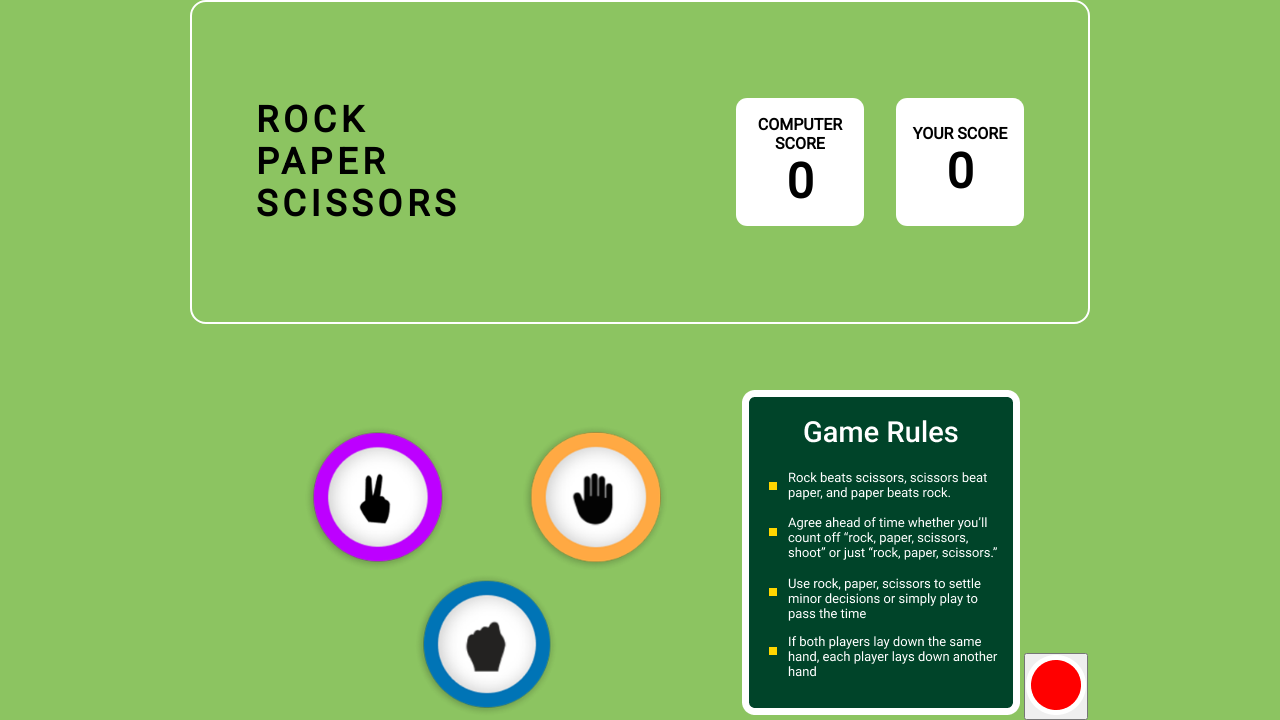
Repository: drumsmanku/Major-module-project-1
Page: index.html
These files come from the project's save history. The page is drawn as it stood at one moment and after the next save; the edit follows.
The browser window is 1280 px wide. The pictures show the whole page.

Above is the page before, as saved 2023-04-27 12:14:19.

### index.html
<!DOCTYPE html>
<html lang="en">
<head>
  <meta charset="UTF-8">
  <meta http-equiv="X-UA-Compatible" content="IE=edge">
  <meta name="viewport" content="width=device-width, initial-scale=1.0">
  <link rel="stylesheet" href="styles.css">
  <title>Module Project 1 </title>
</head>
<body>
  <div class="main-container">
    <div class="first-container">
      <div class="text">
        <h1>ROCK PAPER SCISSORS</h1>
      </div>
      <div class="two-boxes">
        <div class="computer-score">
          <h4>COMPUTER SCORE</h4>
          <h1>0</h1>
        </div>
        <div class="your-score">
          <h4>YOUR SCORE</h4>
          <h1>0</h1>
        </div>
      </div>

    </div>

    <div class="second-main-container">
      <div class="second-first-main-container">
        <div class="two-buttons">
          <button class="btn-2"><img src="2.png" alt=""></button>
          <button class="btn-3"><img src="3.png" alt=""></button>
        </div>
        <button class="btn-1"> <img src="1.png" alt=""></button>
      </div>
      <div class="second-second-main-container">
        <div class="img-container">
          <img src="4.png" alt="">
          <button><img src="x.png" alt=""></button>
        </div>

      </div>
    </div>
  </div>

  <script src="script.js"></script>
</body>
</html>

### styles.css
@import url('https://fonts.googleapis.com/css2?family=Roboto&display=swap');

*{
  padding: 0;
  margin: 0;
}

body{
  background-color: #8CC461;
}
.main-container{
  display: flex;
  flex-direction: column;
  align-items: center;
}
.first-container{
  height: 12rem;
  width: 60vw;
  border: 2px solid white;
  background: none;
  border-radius: 1rem;
  padding: 4rem;
  display: flex;
  flex-direction: row;
  align-items: center;
  justify-content: space-between;
}
.text{
  height: inherit;
  width: 20%;
  display: flex;
  flex-wrap: wrap;
  flex-direction: column;
  font-family: 'Roboto';
  letter-spacing: 0.3rem;
  font-size: large;
  justify-content: center;
  align-items: center;
}

.computer-score{
  display: flex;
  flex-direction: column;
  height: 8rem;
  width: 8rem;
  flex-wrap: wrap;
  font-family: 'Roboto';
  justify-content: center;
  align-items: center;
  background-color: white;
  text-align: center;
  border-radius: 0.7rem;
}
.computer-score>h1{
  font-weight: 800;
  font-size: 3rem;
}
.your-score{
  display: flex;
  flex-direction: column;
  height: 8rem;
  width: 8rem;
  flex-wrap: wrap;
  font-family: 'Roboto';
  justify-content: center;
  align-items: center;
  background-color: white;
  text-align: center;
  border-radius: 0.7rem;
  margin-left: 2rem;
}
.your-score>h1{
  font-weight: 800;
  font-size: 3rem;
}
.two-boxes{
  display: flex;
  flex-direction: row;
  justify-content: space-between;
}
.second-main-container{
  display: flex;
  flex-direction: row;
  justify-content: flex-end;
  width: 100vw;
}
.second-first-main-container{
  display: flex;
  flex-direction: column;
  justify-content: flex-end;
  align-items: center;
  height: 55vh;
  width: 40vw;
}
.two-buttons{
  width: inherit;
  display: flex;
  flex-direction: row;
  justify-content: space-evenly;
}
.btn-1{
  background: none;
  border:none;
  cursor: pointer;
}
.btn-2{
  background: none;
  border:none;
  cursor: pointer;
}
.btn-3{
  background: none;
  border:none;
  cursor: pointer;
}
.second-first-main-container img{
  width: 9rem;
}

.second-second-main-container{
  display: flex;
  align-items: flex-end;
  margin-right: 12rem;
}
.second-second-main-container>button{
  background: none;
  border: none;
  cursor: pointer;
}

Loaded but not shown: script.js (no stored copy; drawn as an empty file)

After the next save:
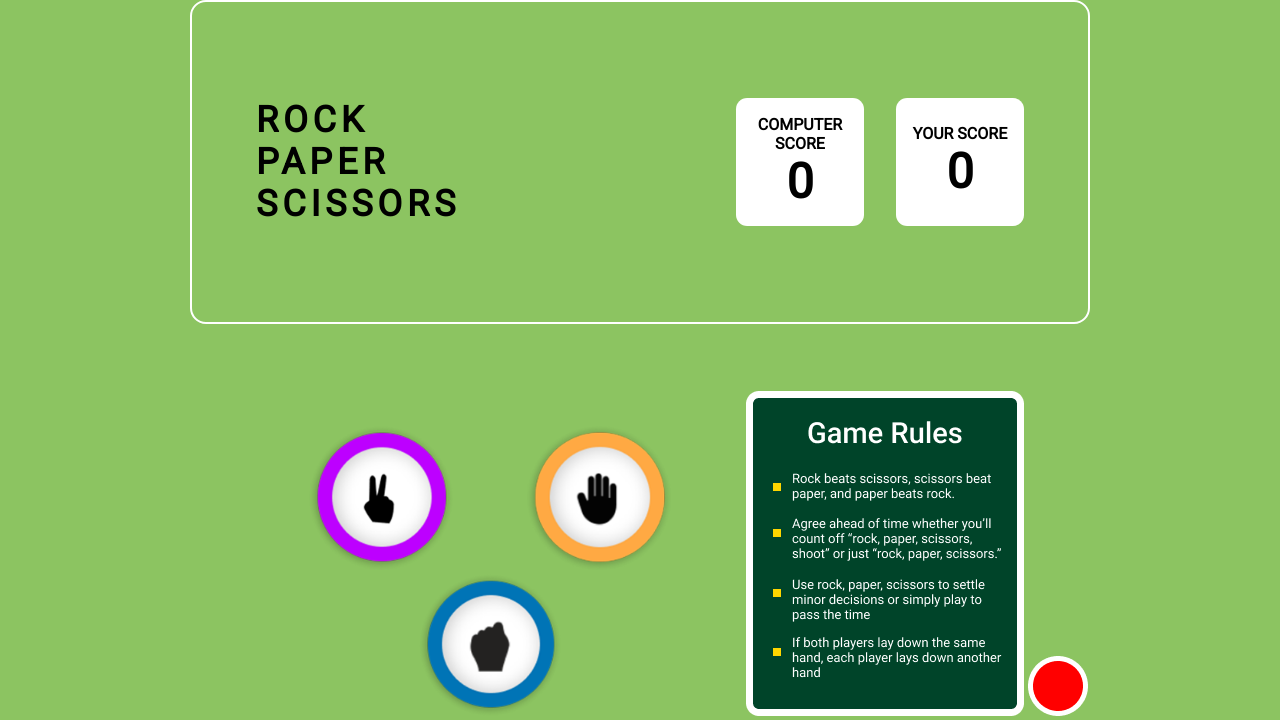
Saved 38 s later.
--- a/styles.css
+++ b/styles.css
@@ -122,7 +122,7 @@ body{
   align-items: flex-end;
   margin-right: 12rem;
 }
-.second-second-main-container>button{
+.second-second-main-container .img-container button{
   background: none;
   border: none;
   cursor: pointer;
